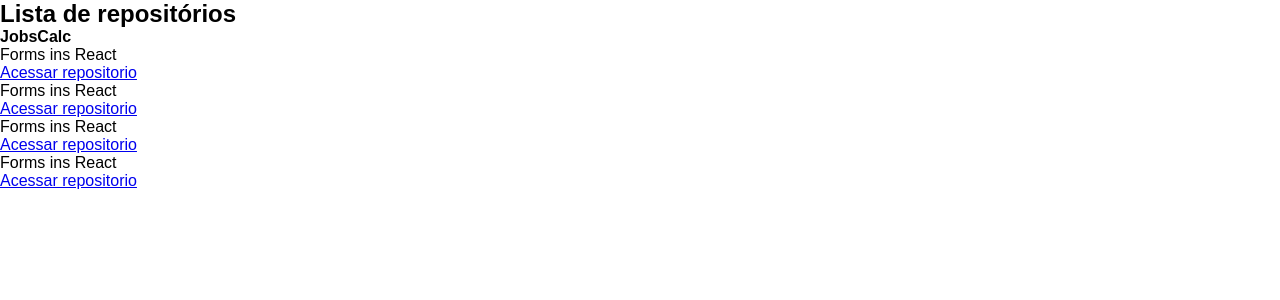
Repository: viniciusfg05/AnnotationReacts
Page: /
An editor plug-in stored every save of this project. The page is shown before and after the next save, followed by the edit.
The browser window is 1280 px wide. The pictures show the whole page.
The project was rebuilt for these pictures with package versions that can differ from the ones it lists, and the page was loaded fresh each time. Also part of the build but not shown: webpack.config.js.

Above is the page before, as saved 2022-02-17 13:50:00.

### public/index.html
<!DOCTYPE html>
<html lang="en">
  <head>
    <meta charset="UTF-8" />
    <meta name="viewport" content="width=device-width, initial-scale=1.0" />
    <title>ReactFundamentos</title>
  </head>
  <body>
    <div id="root"></div>

    <script src="../dist/bundle.js"></script>
  </body>
</html>

### src/index.jsx
import {render} from 'react-dom'
import { App } from './App'

render(<App />, document.getElementById('root'))

### src/App.jsx
import './styles/global.scss'
import { RepositoryList } from './components/RepositoryList'

export function App() {
  return <RepositoryList />
}

### src/styles/global.scss
* {
  margin: 0;
  padding: 0;
  box-sizing: border-box;
}

body {
  font: 16px 'Helvetica Neve', Arial, sans-serif;
}

### src/components/RepositoryList.jsx
import { RepositoryItens } from './RepositoryItens'

export function RepositoryList() {
  return (
    <section className="repository-list">
      <h1>Lista de repositórios</h1>

      <ul>
        <RepositoryItens repository="JobsCalc" />
        <RepositoryItens />
        <RepositoryItens />
        <RepositoryItens />
      </ul>
    </section>
  )
}

//Enviar uma informação do componente pai assim nosso componente pai pode enviar

//Para acessar todas as propriedade que um componente recebe atraves dos agumentop da função dentro de props:

### src/components/RepositoryItens.jsx
export function RepositoryItens(props) {
  return (
    <li>
      <strong>{props.repository}</strong>
      <p>Forms ins React</p>

      <a href="#">Acessar repositorio</a>
    </li>
  )
}

After the next save:
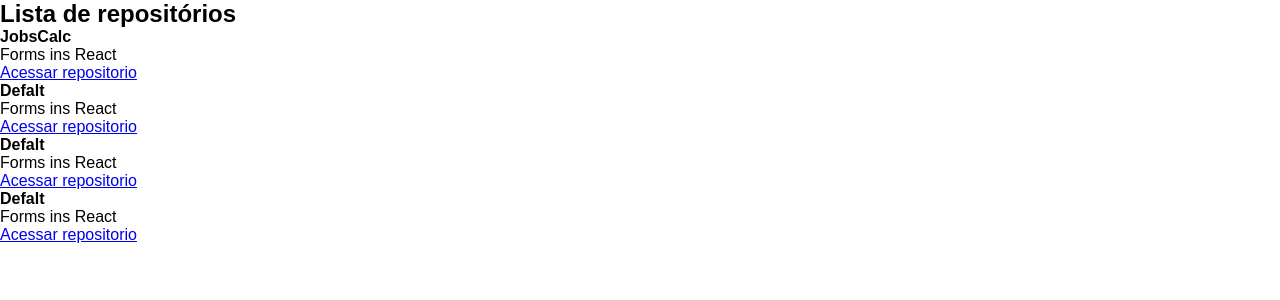
Saved 31 s later.
--- a/src/components/RepositoryItens.jsx
+++ b/src/components/RepositoryItens.jsx
@@ -1,7 +1,7 @@
 export function RepositoryItens(props) {
   return (
     <li>
-      <strong>{props.repository}</strong>
+      <strong>{props.repository ?? 'Defalt'}</strong>
       <p>Forms ins React</p>
 
       <a href="#">Acessar repositorio</a>
